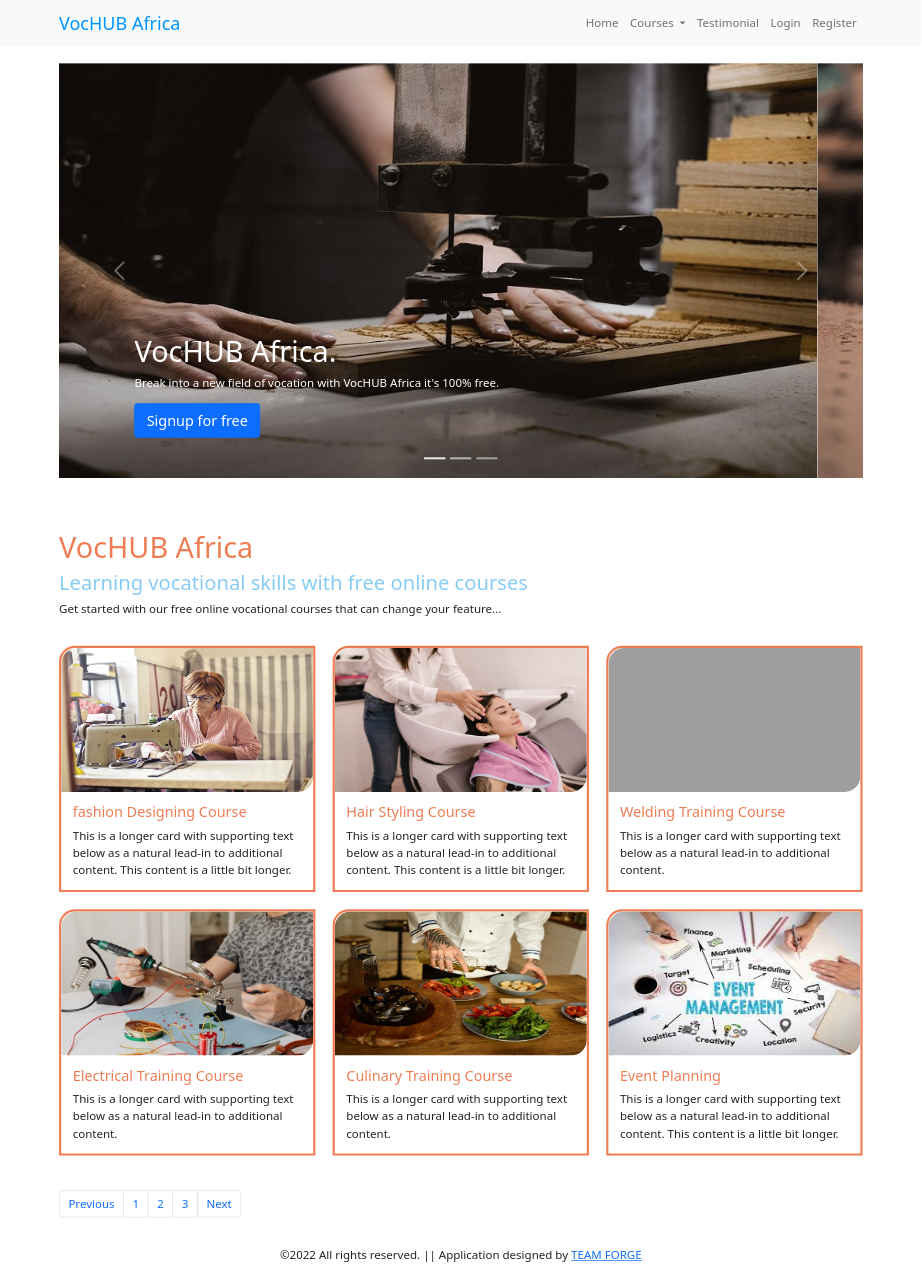
Repository: EKem01/VocHUB-Africa-Project
Page: / (app in client/)
An editor plug-in stored every save of this project. The page is shown before and after the next save, followed by the edit.
The browser window is 1280 px wide. The pictures show the whole page, at 72% of full size.
Pictures or frames that could not be fetched are drawn as grey boxes. The project was rebuilt for these pictures with package versions that can differ from the ones it lists, and the page was loaded fresh each time. Also part of the build but not shown: client/angular.json, client/src/app/components/login/login.component.ts, client/src/app/components/register/register.component.ts, client/src/app/components/courses/fashion-designing/fashion-designing.component.ts, client/src/app/components/courses/hair-styling/hair-styling.component.ts, client/src/app/components/dashboard/dashboard.component.ts, client/src/app/components/logout/logout.component.ts, client/src/app/components/mentorship/mentorship.component.ts.

Above is the page before, as saved 2022-06-13 23:19:31.

### client/src/index.html
<!doctype html>
<html lang="en">
<head>
  <meta charset="utf-8">
  <title>Vochub-Africa</title>
  <base href="/">
  <link href="https://cdn.jsdelivr.net/npm/bootstrap@5.0.2/dist/css/bootstrap.min.css" rel="stylesheet" integrity="sha384-EVSTQN3/azprG1Anm3QDgpJLIm9Nao0Yz1ztcQTwFspd3yD65VohhpuuCOmLASjC" crossorigin="anonymous">
  <meta name="viewport" content="width=device-width, initial-scale=1">
  <link rel="icon" type="image/x-icon" href="favicon.ico">
</head>
<body>
  <app-root></app-root>
  <script src="https://code.jquery.com/jquery-3.6.0.js" integrity="sha256-H+K7U5CnXl1h5ywQfKtSj8PCmoN9aaq30gDh27Xc0jk=" crossorigin="anonymous"></script>
  <script src="https://cdn.jsdelivr.net/npm/bootstrap@5.0.2/dist/js/bootstrap.bundle.min.js" integrity="sha384-MrcW6ZMFYlzcLA8Nl+NtUVF0sA7MsXsP1UyJoMp4YLEuNSfAP+JcXn/tWtIaxVXM" crossorigin="anonymous"></script>
</body>
</html>

### client/src/app/app.module.ts
import { NgModule } from '@angular/core';
import { FormsModule } from '@angular/forms';
import { BrowserModule } from '@angular/platform-browser';
import { AppRoutingModule } from './app-routing.module';
import { AppComponent } from './app.component';
import { NavbarComponent } from './components/navbar/navbar.component';
import { HomeComponent } from './components/home/home.component';
import { LoginComponent } from './components/login/login.component';
import { RegisterComponent } from './components/register/register.component';
import { NgbModule } from '@ng-bootstrap/ng-bootstrap';
import { HttpClientModule } from '@angular/common/http';
import { FashionDesigningComponent } from './components/courses/fashion-designing/fashion-designing.component';
import { HairStylingComponent } from './components/courses/hair-styling/hair-styling.component';
import { DashboardComponent } from './components/dashboard/dashboard.component';
import { LogoutComponent } from './components/logout/logout.component';
import { MentorshipComponent } from './components/mentorship/mentorship.component';

@NgModule({
  declarations: [
    AppComponent,
    NavbarComponent,
    HomeComponent,
    LoginComponent,
    LogoutComponent,
    RegisterComponent,
    FashionDesigningComponent,
    HairStylingComponent,
    DashboardComponent,
    LogoutComponent,
    MentorshipComponent
  ],
  imports: [
    BrowserModule,
    AppRoutingModule,
    FormsModule,
    NgbModule,
    HttpClientModule
  ],
  providers: [],
  bootstrap: [AppComponent]
})
export class AppModule { }

### client/src/app/app-routing.module.ts
import { RouterModule, Routes } from '@angular/router';
import { NgModule } from '@angular/core';
import { HomeComponent } from './components/home/home.component';
import { LoginComponent } from './components/login/login.component';
import { RegisterComponent } from './components/register/register.component';
import { FashionDesigningComponent } from './components/courses/fashion-designing/fashion-designing.component';
import { HairStylingComponent } from './components/courses/hair-styling/hair-styling.component';
import { DashboardComponent } from './components/dashboard/dashboard.component';




const appRoutes: Routes = [
    { path: '', component: HomeComponent},
    { path: 'register', component: RegisterComponent},
    { path: 'login', component: LoginComponent},
    { path: 'hair', component: HairStylingComponent},
    { path: 'fashion', component: FashionDesigningComponent},
    { path: 'dashboard', component: DashboardComponent}
    //{ path: '', redirectTo: '/home', pathMatch: 'full' },
    //{ path: '**', component: NotFoundComponent }
  ]

@NgModule({
    declarations: [],
    imports: [RouterModule.forRoot(appRoutes)],
    providers: [],
    bootstrap: [],
    exports: [RouterModule]
  })
  export class AppRoutingModule { }

### client/src/app/app.component.ts
import { Component } from '@angular/core';

@Component({
  selector: 'app-root',
  templateUrl: './app.component.html',
  styleUrls: ['./app.component.css']
})
export class AppComponent {
  title = 'vochub-elearning';
}

### client/src/app/components/navbar/navbar.component.html
<nav class="navbar navbar-expand-lg navbar-light bg-light mb-4">
    <div class="container">
        <a class="navbar-brand" routerLink="/">VocHUB Africa</a>
        <button class="navbar-toggler" type="button" data-bs-toggle="collapse" data-bs-target="#navbarSupportedContent"
            aria-controls="navbarSupportedContent" aria-expanded="false" aria-label="Toggle navigation">
            <span class="navbar-toggler-icon"></span>
        </button>
        <div class="collapse navbar-collapse" id="navbarSupportedContent">
            <ul class="navbar-nav me-auto mb-2 mb-lg-0"> </ul>
            <ul class="nav navbar-nav navbar-right">
              <li><a class="nav-link" aria-current="page" routerLink="/">Home</a></li>
              <li class="nav-item dropdown">
                  <a class="nav-link dropdown-toggle" href="#" id="navbarDropdown" role="button" data-bs-toggle="dropdown" aria-expanded="false">
                    Courses
                  </a>
                  <ul class="dropdown-menu" aria-labelledby="navbarDropdown">
                    <li><a class="dropdown-item" routerLink="/course">Arts and craft</a></li>
                    <li><a class="dropdown-item" routerLink="/course">Electrician</a></li>
                    <li><a class="dropdown-item" routerLink="course">Welding</a></li>
                    <li><a class="dropdown-item" routerLink="/fashion">Fashion Designing</a></li>
                    <li><a class="dropdown-item" routerLink="/course">Graphic Designing</a></li>
                    <li><a class="dropdown-item" routerLink="/course">Culinary Arts</a></li>
                    <li><a class="dropdown-item" routerLink="/course">Event planning</a></li>
                    <li><a class="dropdown-item" routerLink="/hair">Hair Styling</a></li>
                  </ul>
                </li>
                <li><a class="nav-link" routerLink="/testimonial">Testimonial</a></li>
                <li><a class="nav-link" routerLink="/login">Login</a></li>
                <li><a class="nav-link" routerLink="/register">Register</a></li>
            </ul>
        </div>
    </div>
  </nav>

  <div class="container">
    <router-outlet></router-outlet>
  </div>
  <br>

  <footer class="text-center">
    <div class="container">
      <p>&copy;2022 All rights reserved. || Application designed by <a href="#">TEAM FORGE</a></p>
    </div>
  </footer>

### client/src/app/components/navbar/navbar.component.css
button{
    border-radius: 10px;
}
.navbar-brand{
    color: #0096FF;
    font-size: 25px;
}

### client/src/app/components/home/home.component.html
<div id="myCarousel" class="carousel slide" data-bs-ride="carousel">
  <div class="carousel-indicators">
    <button type="button" data-bs-target="#myCarousel" data-bs-slide-to="0" class="active" aria-current="true"
      aria-label="Slide 1"></button>
    <button type="button" data-bs-target="#myCarousel" data-bs-slide-to="1" aria-label="Slide 2"></button>
    <button type="button" data-bs-target="#myCarousel" data-bs-slide-to="2" aria-label="Slide 3"></button>
  </div>
  <div class="carousel-inner">
    <div class="carousel-item active">
      <img src="assets/img/shevet.jpg" class="d-block w-100" alt="...">

      <div class="container">
        <div class="carousel-caption text-start">
          <h1>VocHUB Africa.</h1>
          <p>Break into a new field of vocation with VocHUB Africa it's 100% free.</p>
          <p><a class="btn btn-lg btn-primary course-btn" routerLink="/register">Signup for free</a></p>
        </div>
      </div>
    </div>
    <div class="carousel-item">
      <img src="assets/img/cley.jpg" class="d-block w-100" alt="...">

      <div class="container">
        <div class="carousel-caption text-start">
          <h1>Learn without limits.</h1>
          <p>Start your vocational career with more than 1,000 courses with VocHUB Africa.</p>
          <p><a class="btn btn-lg btn-primary course-btn" routerLink="/register">Learn more...</a></p>
        </div>
      </div>
    </div>
    <div class="carousel-item">
      <img src="assets/img/T1.jpg" class="d-block w-100" alt="...">

      <div class="container">
        <div class="carousel-caption text-start">
          <h1>Start leraning for free.</h1>
          <p>Free vocational online courses with VocHUB Africa.</p>
          <p><a class="btn btn-lg btn-primary course-btn" routerLink="/register">Courses</a></p>
        </div>
      </div>
    </div>
  </div>
  <button class="carousel-control-prev" type="button" data-bs-target="#myCarousel" data-bs-slide="prev">
    <span class="carousel-control-prev-icon" aria-hidden="true"></span>
    <span class="visually-hidden">Previous</span>
  </button>
  <button class="carousel-control-next" type="button" data-bs-target="#myCarousel" data-bs-slide="next">
    <span class="carousel-control-next-icon" aria-hidden="true"></span>
    <span class="visually-hidden">Next</span>
  </button>
</div>
<br>
<br>
<br>


<section class="courses">
  <h1>VocHUB Africa</h1>
  <h3>Learning vocational skills with free online courses</h3>
  <p>Get started with our free online vocational courses that can change your feature...</p><br>
  <div class="row row-cols-1 row-cols-md-3 g-4">
    <div class="col">
      <div class="card">
        <a routerLink="/fashion">
          <img src="assets/img/T2.jpg" class="card-img-top" alt="...">
        </a>
        <div class="card-body">
          <div class="course">
            <h5><a routerLink="/fashion">fashion Designing Course</a></h5>
          </div>
          <p class="card-text">This is a longer card with supporting text below as a natural lead-in to additional
            content. This content is a little bit longer.</p>
        </div>
      </div>
    </div>

    <div class="col">
      <div class="card">
        <a routerLink="/hair">
          <img src="assets/img/hair.jpg" class="card-img-top" alt="...">
        </a>
        <div class="card-body">
          <div class="course">
            <h5><a routerLink="/hair">Hair Styling Course</a></h5>
          </div>
          <p class="card-text">This is a longer card with supporting text below as a natural lead-in to additional
            content. This content is a little bit longer.</p>
        </div>
      </div>
    </div>
    <div class="col">
      <div class="card">
        <img src="assets/img/welding.jpg" class="card-img-top" alt="...">
        <div class="card-body">
          <div class="course">
            <h5><a routerLink="#">Welding Training Course</a></h5>
          </div>
          <p class="card-text">This is a longer card with supporting text below as a natural lead-in to additional
            content.</p>
        </div>
      </div>
    </div>
    <div class="col">
      <div class="card">
        <img src="assets/img/electric.jpg" class="card-img-top" alt="...">
        <div class="card-body">
          <div class="course">
            <h5><a routerLink="#">Electrical Training Course</a></h5>
          </div>
          <p class="card-text">This is a longer card with supporting text below as a natural lead-in to additional
            content.</p>
        </div>
      </div>
    </div>
    <div class="col">
      <div class="card">
        <img src="assets/img/culinary.jpg" class="card-img-top" alt="...">
        <div class="card-body">
          <div class="course">
            <h5><a routerLink="#">Culinary Training Course</a></h5>
          </div>
          <p class="card-text">This is a longer card with supporting text below as a natural lead-in to additional
            content.</p>
        </div>
      </div>
    </div>
    <div class="col">
      <div class="card">
        <img src="assets/img/event.jpg" class="card-img-top" alt="...">
        <div class="card-body">
          <div class="course">
            <h5><a routerLink="/fashion">Event Planning</a></h5>
          </div>
          <p class="card-text">This is a longer card with supporting text below as a natural lead-in to additional
            content.
            This content is a little bit longer.</p>
        </div>
      </div>
    </div>
  </div>
</section>
<br>
<br>

<section class="pagination">
  <nav aria-label="Page navigation example">
    <ul class="pagination">
      <li class="page-item"><a class="page-link" href="#">Previous</a></li>
      <li class="page-item"><a class="page-link" href="#">1</a></li>
      <li class="page-item"><a class="page-link" href="#">2</a></li>
      <li class="page-item"><a class="page-link" href="#">3</a></li>
      <li class="page-item"><a class="page-link" href="#">Next</a></li>
    </ul>
  </nav>
</section>

### client/src/app/components/home/home.component.css
img{
    width: 100%;
    height: 80vh;
}
.course-btn{
    background-color: ;
}
.courses h1{
    color: rgb(238, 125, 84);
}
.courses h3{
    color:  rgb(134, 204, 245);
}
.card{
    border-radius: 22px 0px 0 0;
    border: 3px solid rgb(238, 125, 84);
}
.card img{
    height: 200px;
    border-radius: 22px 0px;
}
.course a{
    text-decoration: none;
    color: rgb(238, 125, 84);
}

Loaded but not shown: client/src/styles.css (common file); client/src/main.ts (common file); client/src/environments/environment.ts (common file); client/src/app/components/navbar/navbar.component.ts (common file); client/src/app/components/home/home.component.ts (common file); client/src/app/app.component.html (common file); client/src/app/app.component.css (no stored copy; drawn as an empty file)

After the next save:
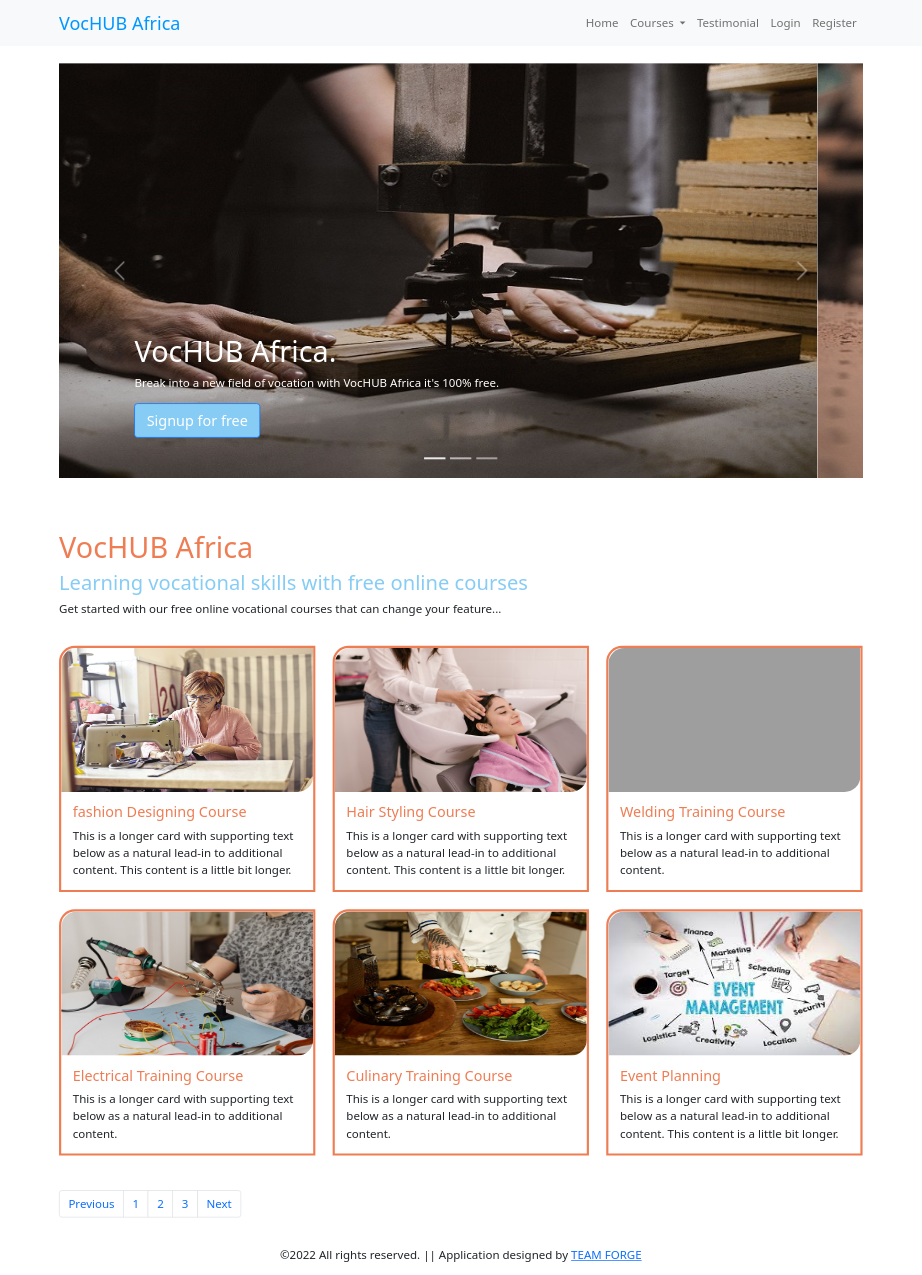
Saved 16 s later.
--- a/client/src/app/components/home/home.component.css
+++ b/client/src/app/components/home/home.component.css
@@ -3,7 +3,7 @@ img{
     height: 80vh;
 }
 .course-btn{
-    background-color: ;
+    background-color: rgb(134, 204, 245);
 }
 .courses h1{
     color: rgb(238, 125, 84);
